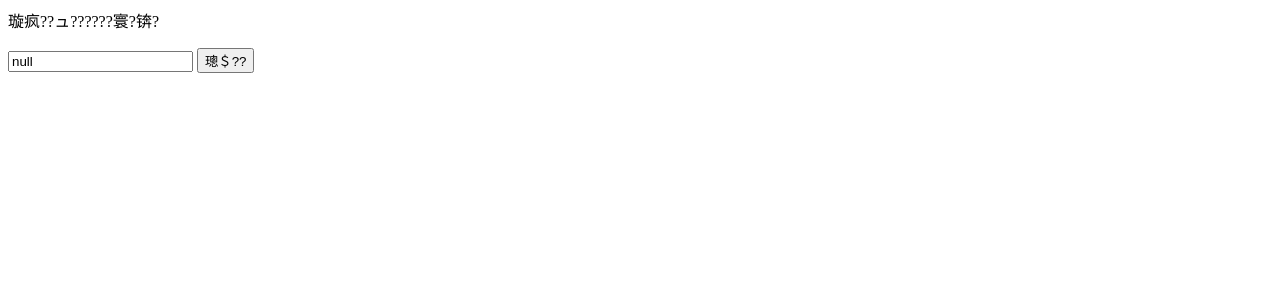
Repository: Coder-YJ/Java
Page: http://localhost/JspTest/class_delcare.jsp
An editor plug-in stored every save of this project. The page is shown before and after the next save, followed by the edit.
The browser window is 1280 px wide. The pictures show the whole page.
The page is served by Tomcat 9.

Above is the page before, as saved 2018-04-01 13:53:48.

After the next save:
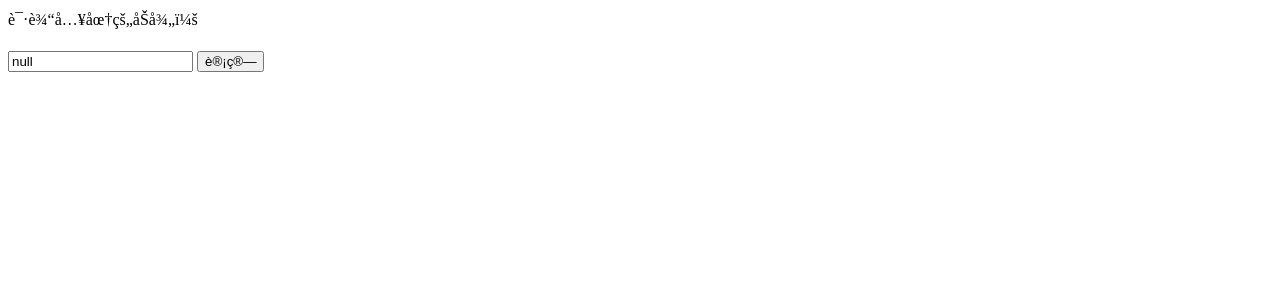
Saved 77 s later.
--- a/MyEclipse10/JspTest/WebRoot/class_delcare.jsp
+++ b/MyEclipse10/JspTest/WebRoot/class_delcare.jsp
@@ -1,33 +1,44 @@
-<%@ page contentType="text/html; charset=GB2312"%>
-<html><body>
-<P> 请输入圆的半径：
-<BR>
-   <FORM action="class_declare.jsp" method=get>
-      <INPUT type="text" name="radius" value=<%=
-                            request.getParameter("radius")%>>
-      <INPUT type="submit" value="计算">
-   </FORM>
-<%!  public class Circle{
-               double r;
-               Circle(double r){
-                     this.r=r;
-               }
-               double area_computing(){
-                     return Math.PI*r*r;
-               }
-               double circumference_computing(){
-                     return 2*Math.PI*r;
-               }
-}%>
-<% String str=request.getParameter("radius");
-       double r;
-       if(str!=null){
-             r=Double.valueOf(str).doubleValue();
-             Circle circle=new Circle(r);%>
-             <P> 圆的面积是：<BR>
-                   <%= circle.area_computing()%>
-             <P> 圆的周长是：<BR>
-                   <%= circle.circumference_computing()%>
-       <%}%>
+<%@ page language="java" import="java.util.*" pageEncoding="ISO-8859-1"%>
+<html>
+<body>
+	<P>
+		请输入圆的半径： <BR>
+	<FORM action="class_declare.jsp" method=get>
+		<INPUT type="text" name="radius"
+			value=<%=request.getParameter("radius")%>>
+		<INPUT type="submit" value="计算">
+	</FORM>
+	<%!public class Circle {
+		double r;
+
+		Circle(double r) {
+			this.r = r;
+		}
+
+		double area_computing() {
+			return Math.PI * r * r;
+		}
+
+		double circumference_computing() {
+			return 2 * Math.PI * r;
+		}
+	}%>
+	<%
+		String str = request.getParameter("radius");
+		double r;
+		if (str != null) {
+			r = Double.valueOf(str).doubleValue();
+			Circle circle = new Circle(r);
+	%>
+	<P>
+		圆的面积是：<BR>
+		<%=circle.area_computing()%>
+	<P>
+		圆的周长是：<BR>
+		<%=circle.circumference_computing()%>
+		<%
+			}
+		%>
+
 </body>
 </html>
